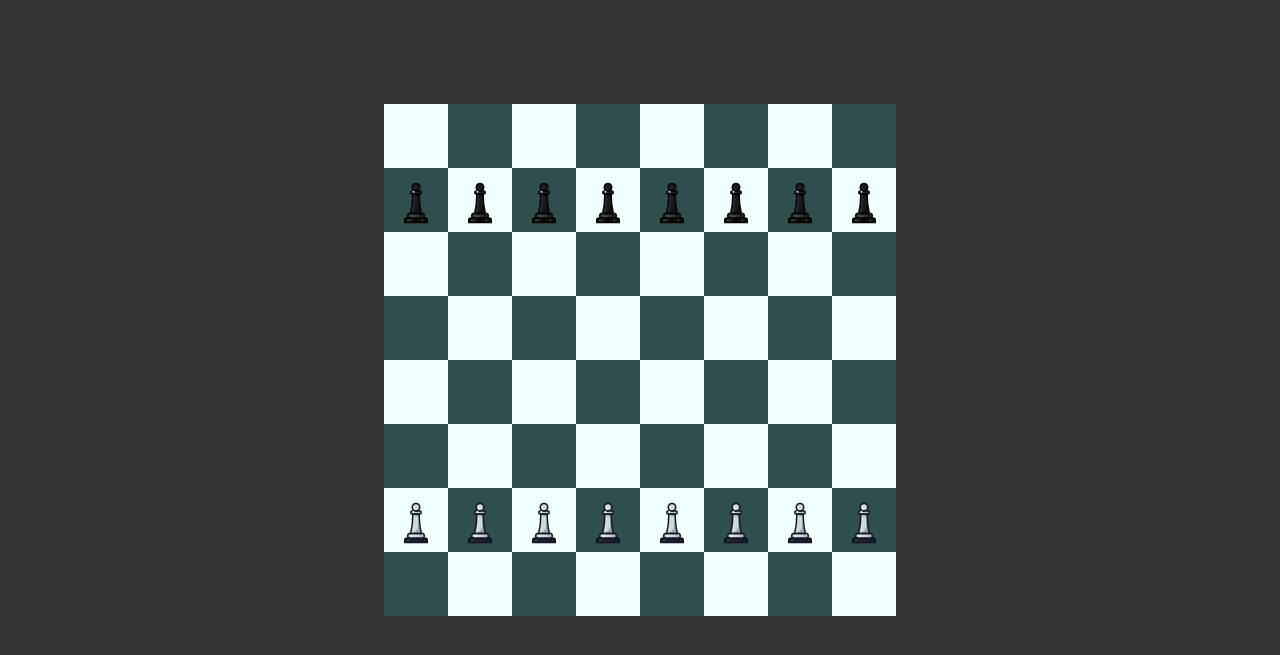
Repository: Mirsmog/react-chess
Page: /
The author's editor kept a copy of each file at every save. The page is drawn from the files as they stood at one save, then again after the next save.
The browser window is 1280 px wide. The pictures show the whole page.
The project was rebuilt for these pictures with package versions that can differ from the ones it lists, and the page was loaded fresh each time. Also part of the build but not shown: vite.config.ts.

Above is the page before, as saved 2023-10-28 14:52:35.

### src/App.tsx
import BoardComponent from '@/components/BoardComponent';
import { Board } from './models/Board';
import React from 'react';

const App = () => {
  const [board, setBoard] = React.useState(new Board());

  React.useEffect(() => {
    restart();
  }, []);

  function restart() {
    const newBoard = new Board();
    newBoard.initCells();
    newBoard.addFigures()
    setBoard(newBoard);
  }
  return (
    <div className='app'>
      <BoardComponent board={board} setBoard={setBoard} />
    </div>
  );
};

export default App;

### src/index.css
:root {
  --sell-size: 64px;
}

* {
  margin: 0;
  padding: 0;
}

.app {
  background-color: #323232;
  width: 100vw;
  height: 100vh;
  display: flex;
  justify-content: center;
  align-items: center;
}

.board {
  display: flex;
  width: calc(var(--sell-size) * 8);
  height: calc(var(--sell-size) * 8);
  flex-wrap: wrap;
}

.cell {
  width: var(--sell-size);
  height: var(--sell-size);
  display: flex;
  justify-content: center;
  align-items: center;
}

.cell img {
  width: 48px;
  height: 48px;
  position: relative;
}

img[src*="/src/assets/pawn-white.svg"],
img[src*="/src/assets/pawn-black.svg"] {
  /* transform: scale(1.18); */
  transform: translateY(3px);
}

.black {
  background-color: darkslategrey;
}

.white {
  background-color: azure;
}

### src/components/BoardComponent.tsx
import { Board } from '@/models/Board';
import React from 'react';
import CellComponent from './CellComponent';

type Props = {
  board: Board;
  setBoard: (board: Board) => void;
};

const BoardComponent: React.FC<Props> = ({ board, setBoard }) => {
  return (
    <div className='board'>
      {board.cells.map((row, index) => (
        <React.Fragment key={index}>
          {row.map((cell) => (
            <CellComponent key={cell.id} cell={cell} />
          ))}
        </React.Fragment>
      ))}
    </div>
  );
};

export default BoardComponent;

### src/models/Board.ts
import { Cell } from './Cell';
import { Colors } from './Colors';
import { King } from './figures/King';
import { Pawn } from './figures/Pawn';
import { Queen } from './figures/Queen';

export class Board {
  cells: Cell[][] = [];

  public initCells() {
    for (let i = 0; i < 8; i++) {
      const row: Cell[] = [];
      for (let j = 0; j < 8; j++) {
        if ((i + j) % 2 !== 0) {
          row.push(new Cell(this, j, i, Colors.BLACK, null)); // black
        } else {
          row.push(new Cell(this, j, i, Colors.WHITE, null)); // white
        }
      }
      this.cells.push(row);
    }
  }
  public getCell(x: number, y: number) {
    return this.cells[y][x];
  }

  private addPawns() {
    for (let i = 0; i < 8; i++) {
      new Pawn(Colors.BLACK, this.getCell(i, 1));
      new Pawn(Colors.WHITE, this.getCell(i, 6));
    }
  }
  private addKings() {
    new King(Colors.BLACK, this.getCell(4, 1));
    new King(Colors.WHITE, this.getCell(4, 6));
  }
  private addQueens() {}
  private addBishops() {}
  private addKnights() {}
  private addRooks() {}

  public addFigures() {
    this.addKings();
    this.addBishops();
    this.addKnights();
    this.addQueens();
    this.addPawns();
    this.addRooks();
  }
}

### src/components/CellComponent.tsx
import { Cell } from '@/models/Cell';
import React from 'react';

type Props = {
  cell: Cell;
};

const CellComponent: React.FC<Props> = ({ cell }) => {
  return (
    <div className={`cell ${cell.color}`}>
      {cell.figure?.logo && (
        <img src={cell.figure.logo} alt={cell.figure.logo} />
      )}
    </div>
  );
};

export default CellComponent;

### src/models/Cell.ts
import { Board } from './Board';
import { Colors } from './Colors';
import { Figure } from './figures/Figure';

export class Cell {
  readonly x: number;
  readonly y: number;
  readonly color: Colors;
  figure: Figure | null;
  board: Board;
  available: boolean;
  id: number;

  constructor(
    board: Board,
    x: number,
    y: number,
    color: Colors,
    figure: Figure | null
  ) {
    this.board = board;
    this.figure = figure;
    this.color = color;
    this.x = x;
    this.y = y;
    this.available = false;
    this.id = Math.random();
  }
}

### src/models/Colors.ts
export enum Colors {
  BLACK = 'black',
  WHITE = 'white',
}

### src/models/figures/King.ts
import { Cell } from '../Cell';
import { Colors } from '../Colors';
import { Figure, FigureName } from './Figure';
import kingBlack from '@/assets/king-black.svg';
import kingWhite from '@/assets/king-white.svg';
export class King extends Figure {
  constructor(color: Colors, cell: Cell) {
    super(color, cell);
    this.logo = color === Colors.BLACK ? kingBlack : kingWhite;
    this.name = FigureName.KING
  }
}

### src/models/figures/Pawn.ts
import { Cell } from '../Cell';
import { Colors } from '../Colors';
import { Figure, FigureName } from './Figure';
import pawnBlack from '@/assets/pawn-black.svg';
import pawnWhite from '@/assets/pawn-white.svg';
export class Pawn extends Figure {
  constructor(color: Colors, cell: Cell) {
    super(color, cell);
    this.logo = color === Colors.BLACK ? pawnBlack : pawnWhite;
    this.name = FigureName.PAWN
  }
}

### src/models/figures/Figure.ts
import { Cell } from '../Cell';
import { Colors } from '../Colors';
import logo from '@/assets/bishop-black.svg';

import queenBlack from '@/assets/queen-black.svg';
import bishopBlack from '@/assets/bishop-black.svg';
import rookBlack from '@/assets/rook-black.svg';
import knightBlack from '@/assets/knight-black.svg';
import pawnBlack from '@/assets/pawn-black.svg';

import queenWhite from '@/assets/queen-white.svg';
import bishopWhite from '@/assets/bishop-white.svg';
import rookWhite from '@/assets/rook-white.svg';
import knightWhite from '@/assets/knight-white.svg';
import pawnWhite from '@/assets/pawn-white.svg';

export enum FigureName {
  FIGURE = 'figure',
  KING = 'king',
  QUEEN = 'queen',
  ROOK = 'rook',
  BISHOP = 'bishop',
  PAWN = 'pawn',
  KNIGHT = 'knight',
}


export class Figure {
  color: Colors;
  logo: typeof logo | null;
  cell: Cell;
  name: FigureName;
  id: number;

  constructor(color: Colors, cell: Cell) {
    this.color = color;
    this.cell = cell;
    this.cell.figure = this;
    this.logo = null;
    this.name = FigureName.FIGURE;
    this.id = Math.random();
  }

  canMove(target: Cell): boolean {
    return true;
  }
  moveFigure(target: Cell) {}
}

Loaded but not shown: index.html (common file); src/main.tsx (common file)

After the next save:
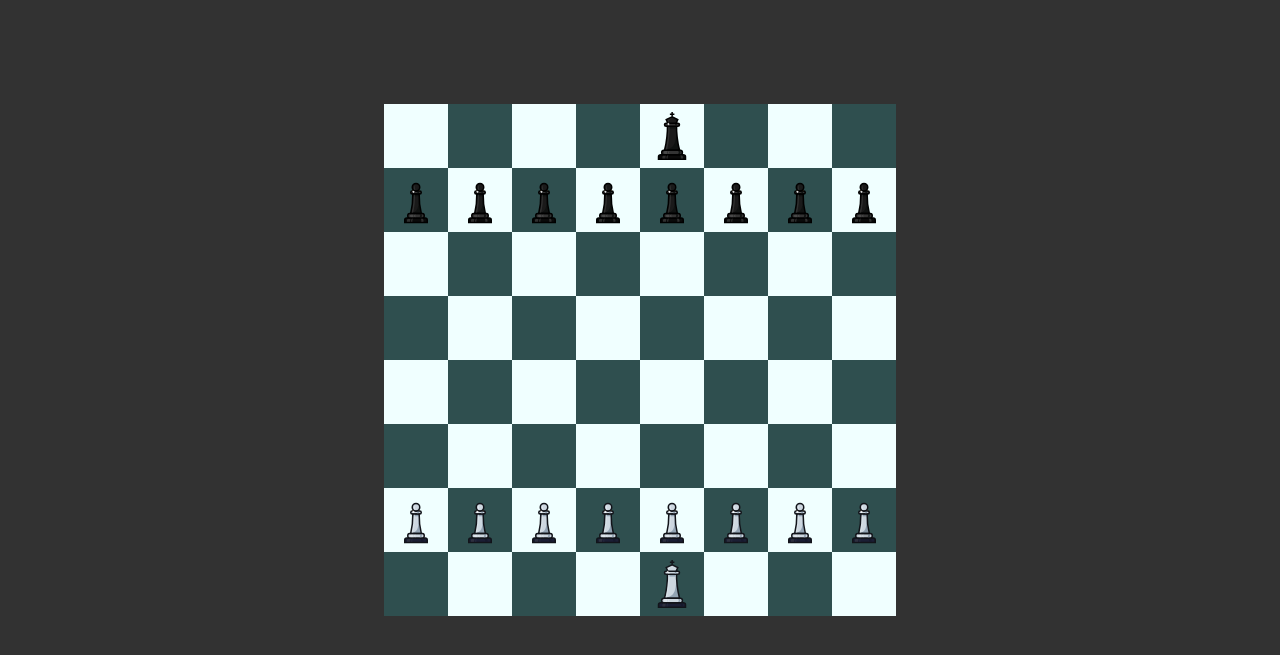
Saved 7 s later.
--- a/src/models/Board.ts
+++ b/src/models/Board.ts
@@ -31,8 +31,8 @@ export class Board {
     }
   }
   private addKings() {
-    new King(Colors.BLACK, this.getCell(4, 1));
-    new King(Colors.WHITE, this.getCell(4, 6));
+    new King(Colors.BLACK, this.getCell(4, 0));
+    new King(Colors.WHITE, this.getCell(4, 7));
   }
   private addQueens() {}
   private addBishops() {}
